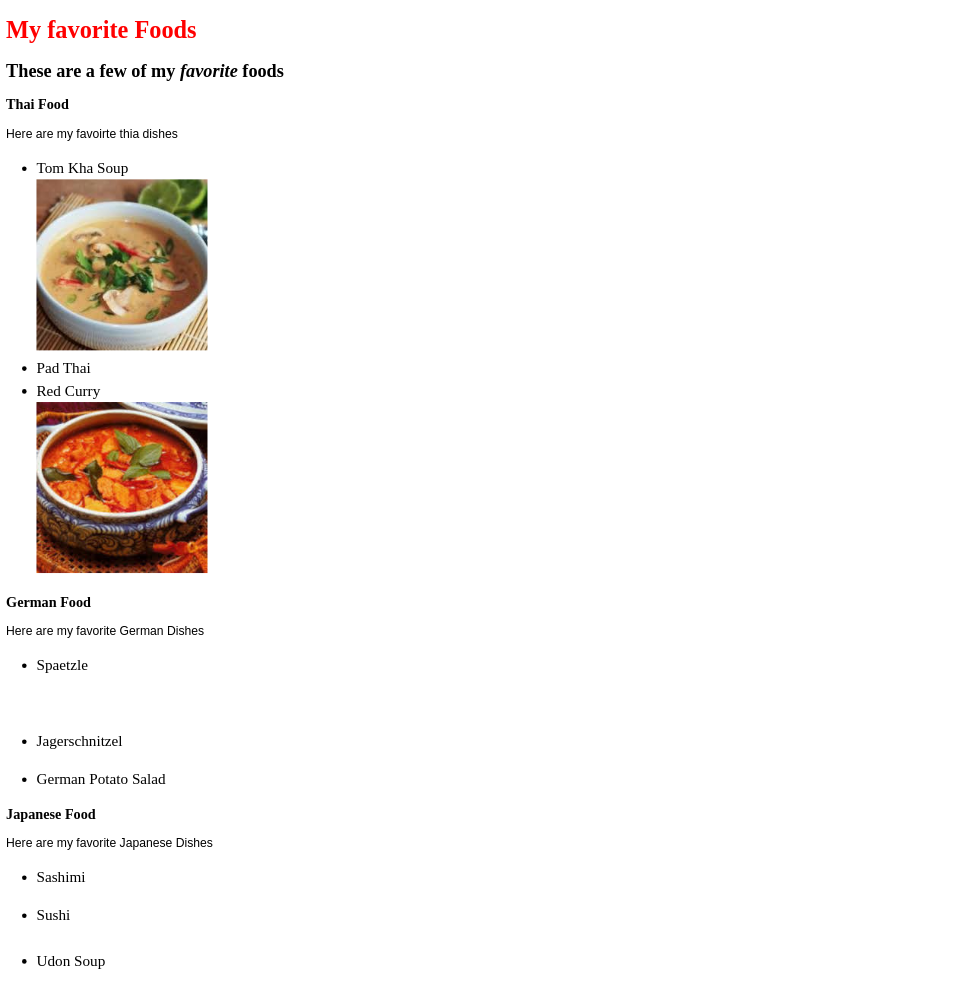
Repository: fieldceleste/my-first-webpage
Page: my-favorite-foods.html
These files come from the project's save history. The page is drawn as it stood at one moment and after the next save; the edit follows.
The browser window is 1280 px wide. The pictures show the whole page, at 76% of full size.

Above is the page before, as saved 2019-10-24 20:29:09.

After the next save:
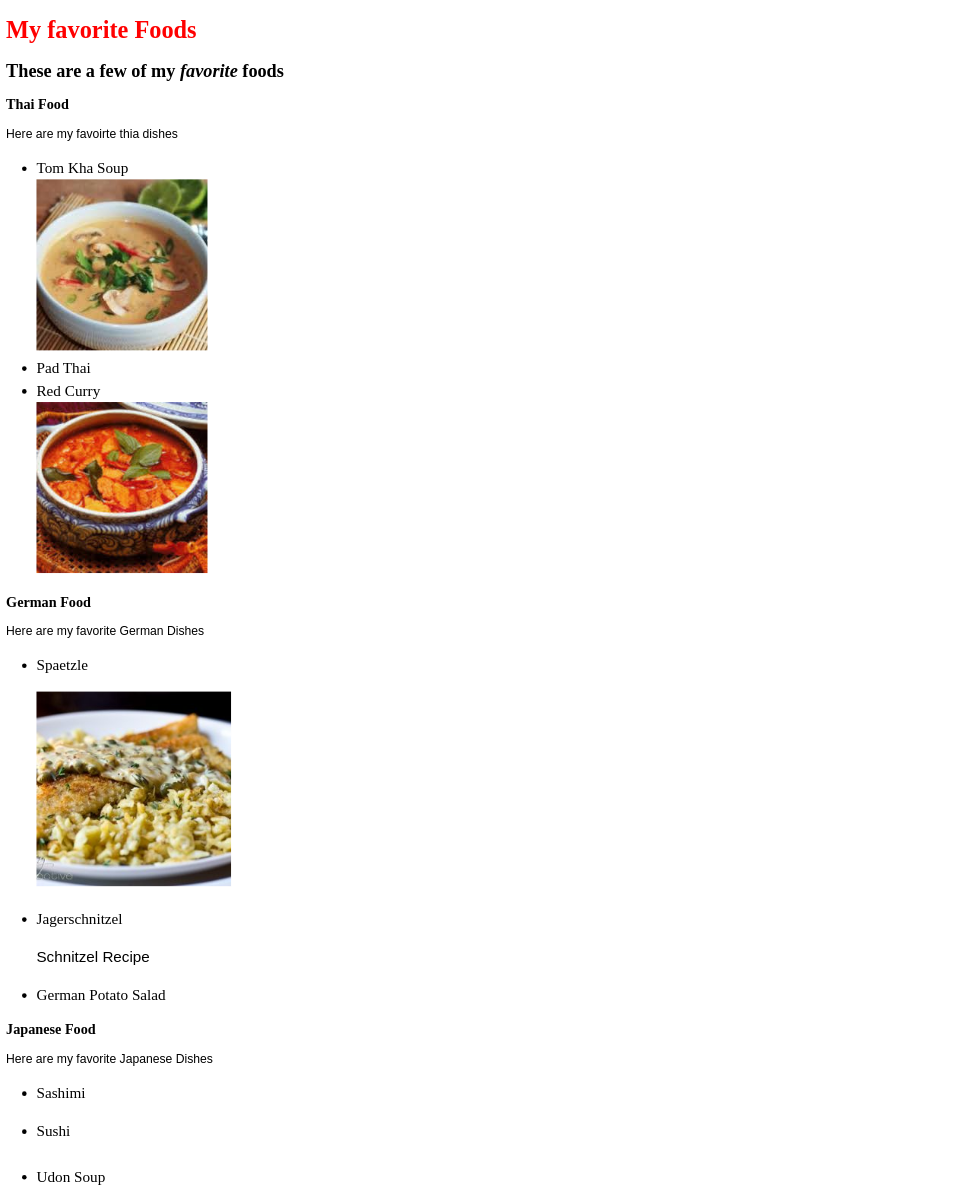
Saved 4 min 14 s later.
--- a/my-favorite-foods.html
+++ b/my-favorite-foods.html
@@ -22,8 +22,10 @@
     <h3><strong>German Food</strong></h3>
     <p>Here are my favorite German Dishes</p>
       <ul>
-           <li>Spaetzle</li><p><img src="" alt=""></p>
-           <li>Jagerschnitzel</li> <p> <a href=></a></p>
+           <li>Spaetzle</li><p>
+      <img src="img/spaetzle.jpeg" alt="picture of spaetzle"></p>
+           <li>Jagerschnitzel</li> <p> Schnitzel Recipe
+      <a href=https://www.daringgourmet.com/authentic-german-jagerschnitzel-hunter-schnitzel-with-mushroom-gravy/></a></p>
            <li>German Potato Salad</li>
       </ul>
 
